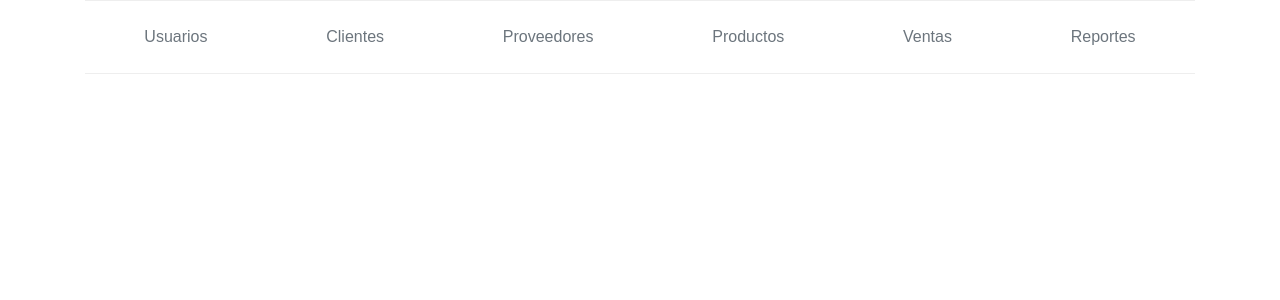
Repository: andresrojas686/tiendaGenericaMintic
Page: http://localhost/primerJSP/principal.jsp
An editor plug-in stored every save of this project. The page is shown before and after the next save, followed by the edit.
The browser window is 1280 px wide. The pictures show the whole page.
The page is served by Tomcat 9. Other server files are loaded and not shown.

Above is the page before, as saved 2021-09-15 16:40:04.

### primerJSP/src/main/webapp/principal.jsp
<%@ page language="java" contentType="text/html; charset=ISO-8859-1"
    pageEncoding="ISO-8859-1"%>
<!DOCTYPE html>
<html>
<head>
<meta charset="ISO-8859-1">
<link rel="stylesheet" href="style/styles.css">
<link rel="stylesheet" href="style/main.css">
<title>Insert title here</title>
</head>
<body>
	    <section class="main">
        <div class="container">
            <!-- INICIO TABS -->
            <section class="row">
                <div class="col">
                    <div class="border-top border-bottom py-3">
                        <ul class="nav nav-pills nav-fill">
                            <li class="nav-item">
                                <a href="usuarios.jsp" class="nav-link">Usuarios</a>
                            </li>
                            <li class="nav-item">
                                <a href="#clientes" class="nav-link">Clientes</a>
                            </li>
                            <li class="nav-item">
                                <a href="#proveedores" class="nav-link">Proveedores</a>
                            </li>
                            <li class="nav-item">
                                <a href="#productos" class="nav-link">Productos</a>
                            </li>
                            <li class="nav-item">
                                <a href="#ventas" class="nav-link">Ventas</a>
                            </li>
                            <li class="nav-item">
                                <a href="#reportes" class="nav-link">Reportes</a>
                            </li>
                        </ul>
                    </div>
                </div>
            </section>
        </div>
    </section>
</body>
</html>

### primerJSP/src/main/webapp/style/styles.css
@charset "ISO-8859-1";
*{
    margin: 0;
    padding: 0;
}
.titulo-tienda{
  text-align: center;
  margin-top: 50px;
  font-family:Arial, Helvetica, sans-serif;
  font-size: 28px;
  color: #806a41;
}
.ingresa{
  text-align: center;
  font-size: 25px;
  color: grey;
}
form label{
  margin-left: 50px;
  margin-top: 7px;
  margin-bottom: 7px;
}
.usuario{
  display: flex;
}
form label input{
  flex-wrap: wrap;
  width: 75vw;
  height: 35px;
  font-size: 15px;
  /* border-radius: 5px; */
}

.contenedor-botones{
  margin-top: 20px;
  display: flex;
  width: 100%;
}

.botones-usuario{
  margin: 0 auto;
  width: 150px;
  height: 40px;
  color: white;
  border: 2px solid #806a41;
  background-color: #806a41;
  border-radius: 10px;
  cursor: pointer;
}
.botones-usuario a{
  color: white;
}
.botones-usuario:hover{
  background-color: white;
  color: #806a41;
  box-shadow: 3px 3px 3px gray;
}
.enlace-usuario{
  text-align: center;
  padding-top: 5px;
  width: 150px;
  height: 40px;
  color: white;
  border: 2px solid #806a41;
  background-color: #806a41;
  border-radius: 10px;
}
.enlace-usuario:hover{
  text-align: center;
  padding-top: 5px;
  width: 150px;
  height: 40px;
  color: white;
  border: 2px solid #806a41;
  background-color: white;
  color: #806a41;
  border-radius: 10px;
}

Loaded but not shown: primerJSP/src/main/webapp/style/main.css (library)

After the next save:
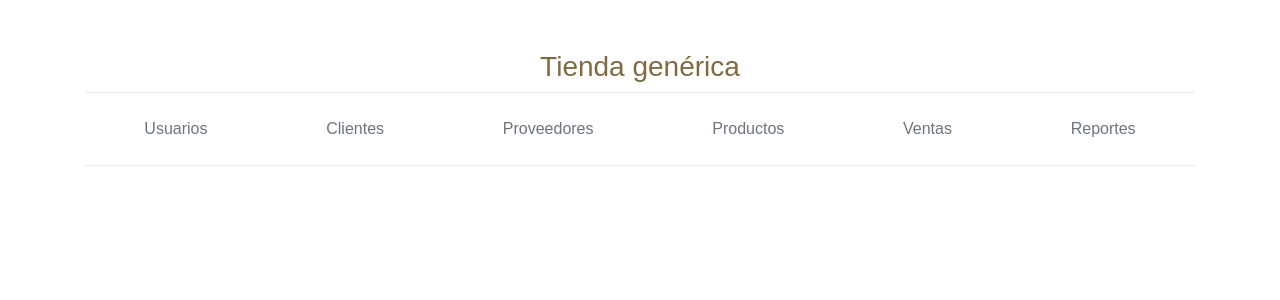
Saved 35 s later.
--- a/primerJSP/src/main/webapp/principal.jsp
+++ b/primerJSP/src/main/webapp/principal.jsp
@@ -9,9 +9,11 @@
 <title>Insert title here</title>
 </head>
 <body>
+	<header>
+        <h1 class="titulo-tienda">Tienda genérica</h1>
+    </header>
 	    <section class="main">
         <div class="container">
-            <!-- INICIO TABS -->
             <section class="row">
                 <div class="col">
                     <div class="border-top border-bottom py-3">
